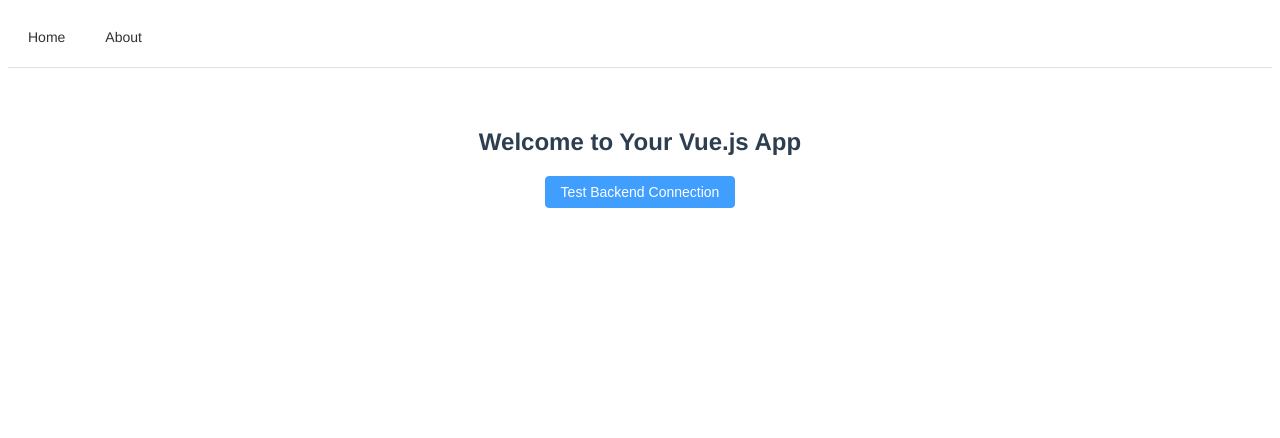
Repository: qqqq121114/se_417
Page: / (app in client/)
An editor plug-in stored every save of this project. The page is shown before and after the next save, followed by the edit.
The browser window is 1280 px wide. The pictures show the whole page.
The project was rebuilt for these pictures with package versions that can differ from the ones it lists, and the page was loaded fresh each time. Also part of the build but not shown: client/vite.config.js.

Above is the page before, as saved 2024-12-07 22:32:20.

After the next save:
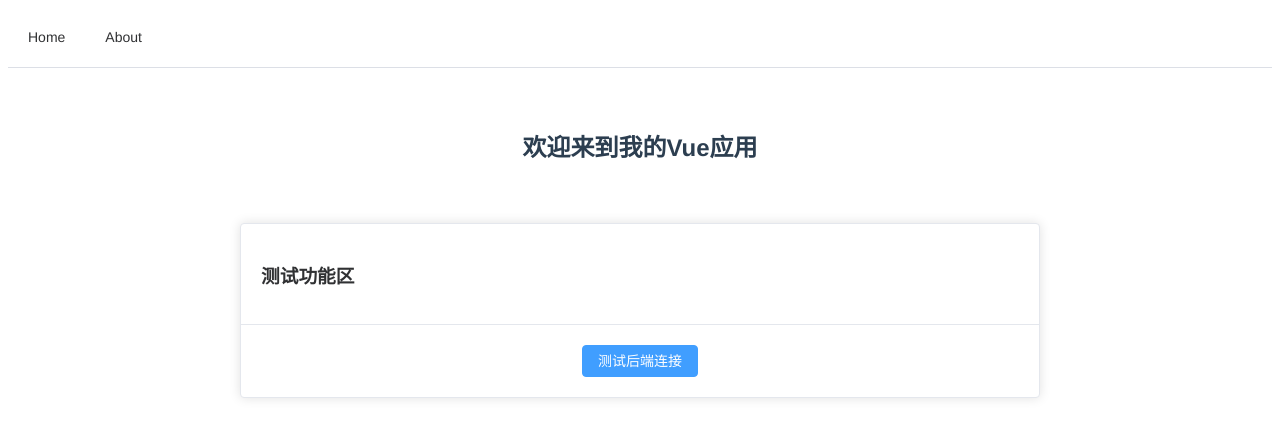
Saved 108 s later.
--- a/client/src/views/Home.vue
+++ b/client/src/views/Home.vue
@@ -1,8 +1,17 @@
 <template>
   <div class="home">
-    <h1>Welcome to Your Vue.js App</h1>
-    <el-button type="primary" @click="testBackend">Test Backend Connection</el-button>
-    <p v-if="message">{{ message }}</p>
+    <h1>欢迎来到我的Vue应用</h1>
+    <div class="content">
+      <el-card class="welcome-card">
+        <template #header>
+          <div class="card-header">
+            <h3>测试功能区</h3>
+          </div>
+        </template>
+        <el-button type="primary" @click="testBackend">测试后端连接</el-button>
+        <p v-if="message" class="message">{{ message }}</p>
+      </el-card>
+    </div>
   </div>
 </template>
 
@@ -28,4 +37,28 @@
   padding: 20px;
   text-align: center;
 }
+
+.content {
+  max-width: 800px;
+  margin: 0 auto;
+  padding: 20px;
+}
+
+.welcome-card {
+  margin-top: 20px;
+}
+
+.card-header {
+  display: flex;
+  justify-content: space-between;
+  align-items: center;
+}
+
+.message {
+  margin-top: 20px;
+  padding: 10px;
+  background-color: #f0f9eb;
+  border-radius: 4px;
+  color: #67c23a;
+}
 </style>
